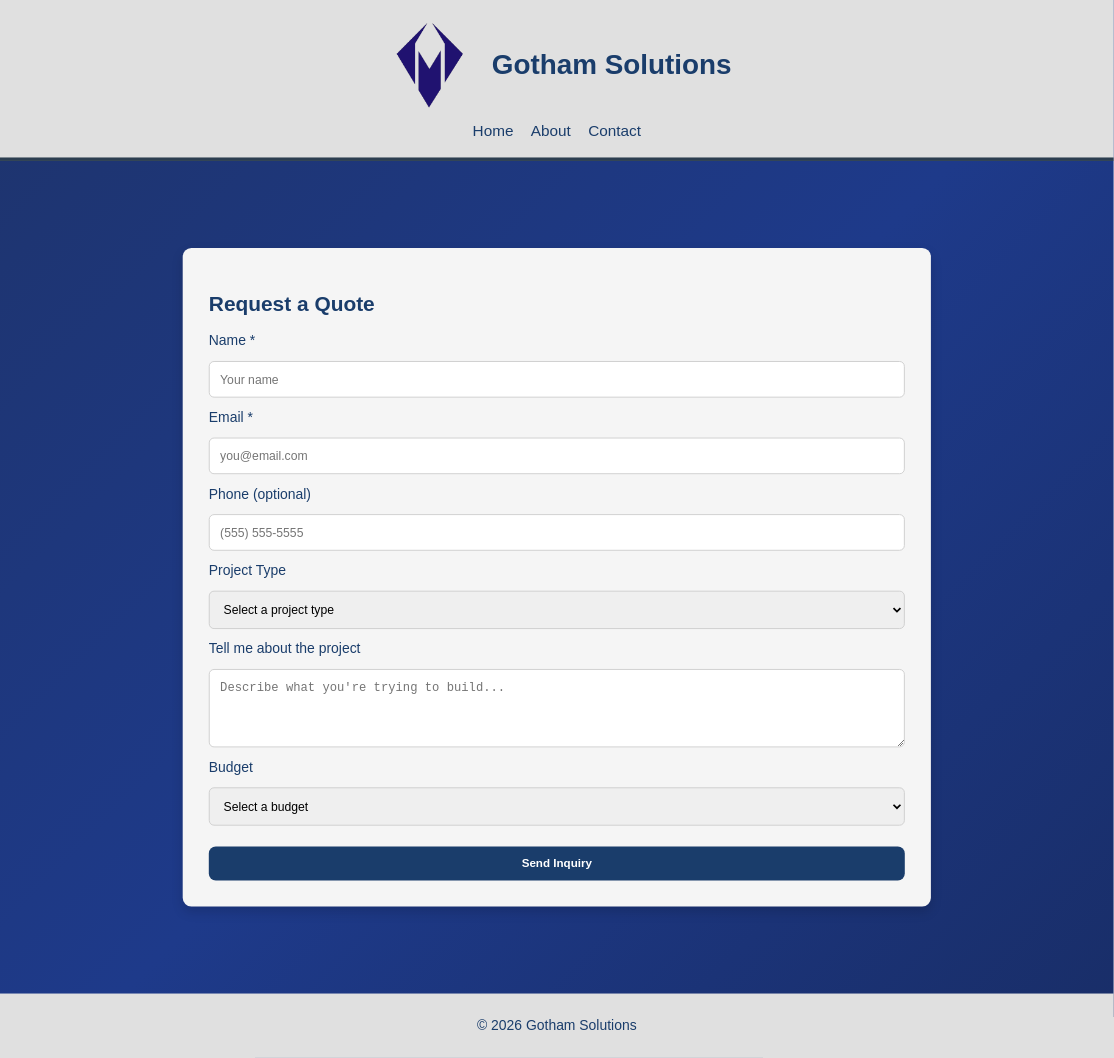
Repository: kmm569/gothamsolutions
Page: contact.html
The author's editor kept a copy of each file at every save. The page is drawn from the files as they stood at one save, then again after the next save.
The browser window is 1280 px wide. The pictures show the whole page, at 87% of full size.

Above is the page before, as saved 2026-03-08 03:03:36.

After the next save:
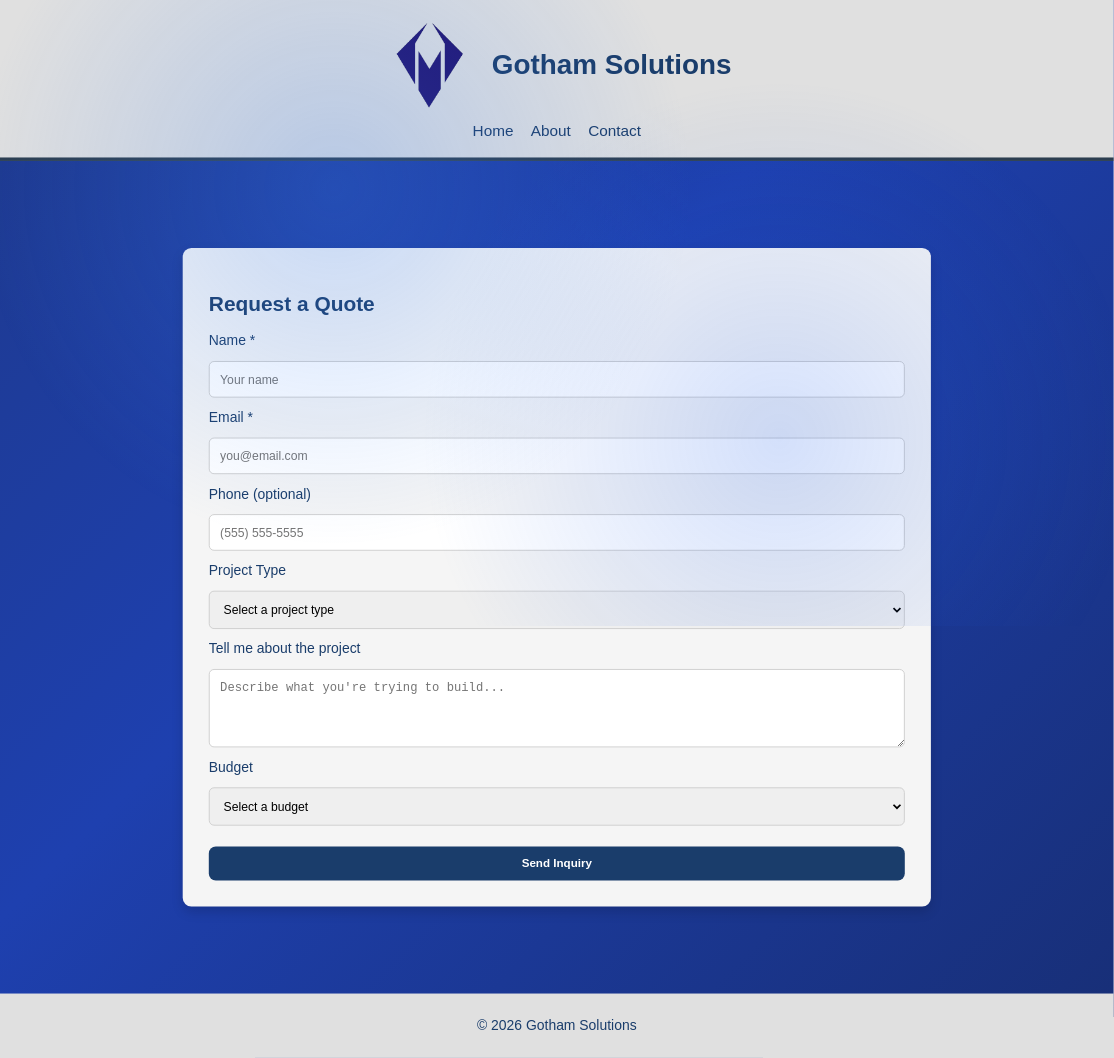
Saved 30 s later.
--- a/styles.css
+++ b/styles.css
@@ -349,15 +349,34 @@
 	background: linear-gradient(
 		-45deg,
 		#0f172a,
-		#1e3a8a,
+		#1e40af,
 		#1e293b,
-		#2563eb
+		#3b82f6
 	);
 
 	background-size: 400% 400%;
-	animation: gradientShift 15s ease infinite;
+	animation: gradientShift 12s ease infinite;
 
 	min-height:100vh;
+}
+
+body::before{
+	content:"";
+	position:fixed;
+	inset:0;
+
+	background: radial-gradient(
+		circle at 30% 30%,
+		rgba(59,130,246,0.25),
+		transparent 40%
+	),
+	radial-gradient(
+		circle at 70% 70%,
+		rgba(37,99,235,0.2),
+		transparent 40%
+	);
+
+	pointer-events:none;
 }
 
 @keyframes gradientShift{

After the save that followed:
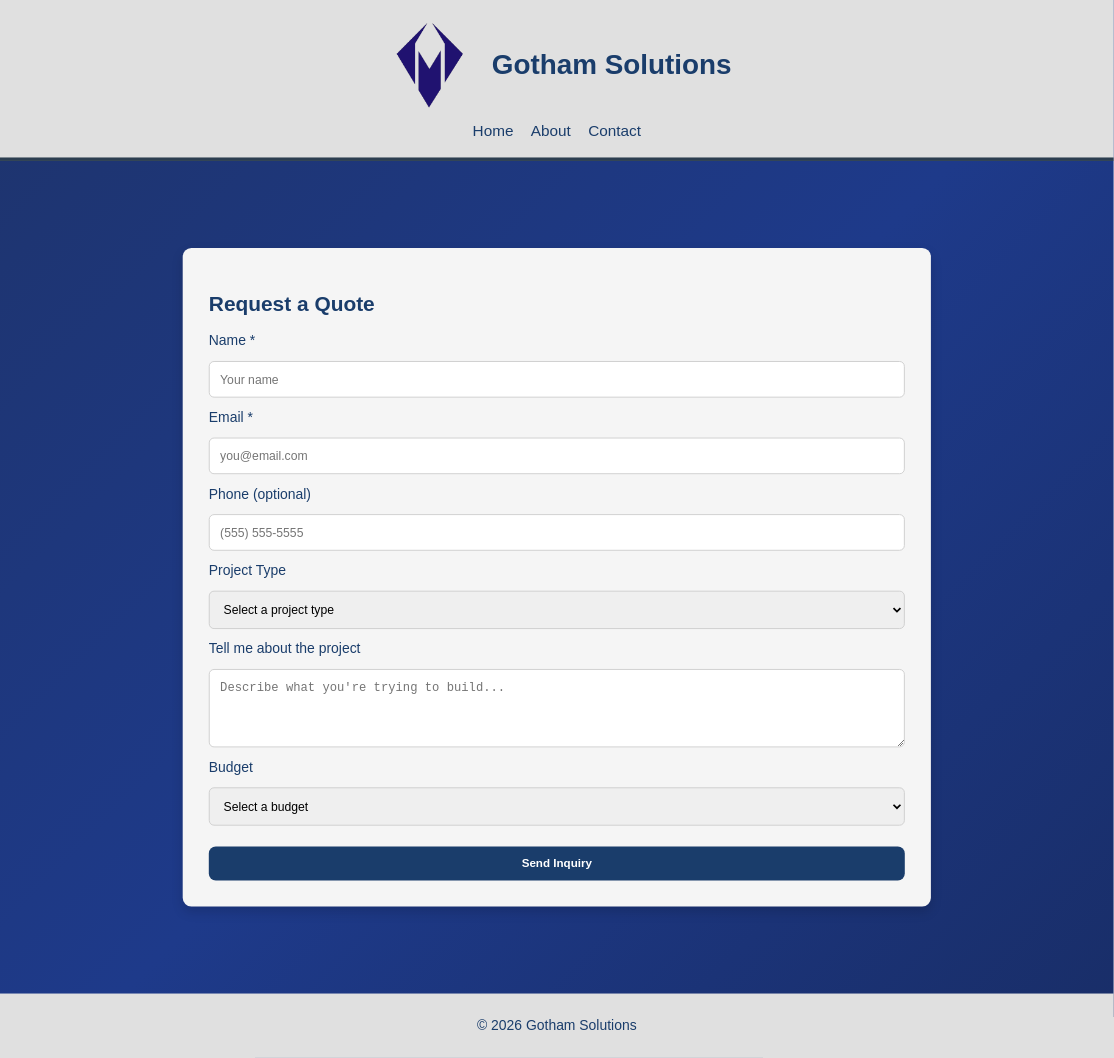
Saved 22 s later.
--- a/styles.css
+++ b/styles.css
@@ -349,34 +349,15 @@
 	background: linear-gradient(
 		-45deg,
 		#0f172a,
-		#1e40af,
+		#1e3a8a,
 		#1e293b,
-		#3b82f6
+		#2563eb
 	);
 
 	background-size: 400% 400%;
-	animation: gradientShift 12s ease infinite;
+	animation: gradientShift 15s ease infinite;
 
 	min-height:100vh;
-}
-
-body::before{
-	content:"";
-	position:fixed;
-	inset:0;
-
-	background: radial-gradient(
-		circle at 30% 30%,
-		rgba(59,130,246,0.25),
-		transparent 40%
-	),
-	radial-gradient(
-		circle at 70% 70%,
-		rgba(37,99,235,0.2),
-		transparent 40%
-	);
-
-	pointer-events:none;
 }
 
 @keyframes gradientShift{
